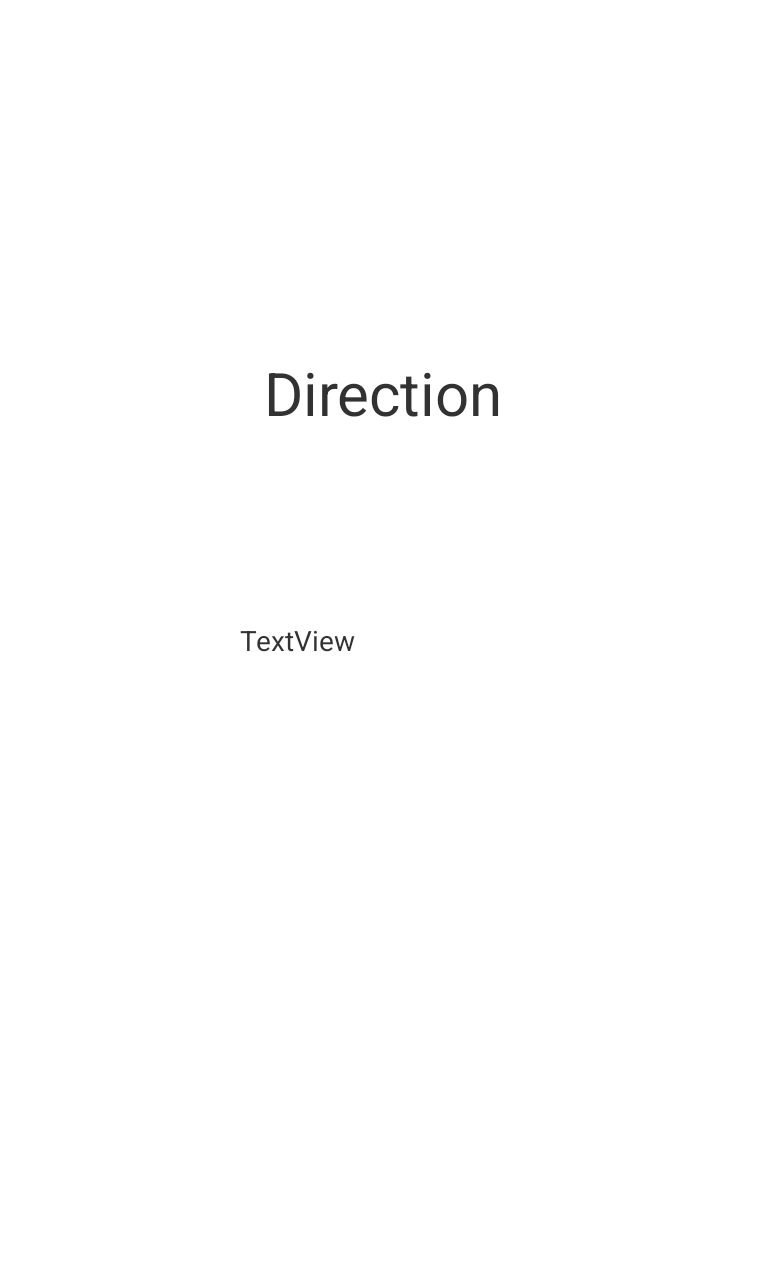
Repository: alokranjan04/ewireless5_practical
Layout: compass/res/layout/activity_main.xml
These files come from the project's save history. The layout is drawn as it stood at one moment and after the next save; the edit follows.
It is drawn on a 768 x 1280 px phone screen (xhdpi) without system bars, with theme AppTheme; the app's code is not run.

Above is the layout before, as saved 2014-02-26 11:03:53.

After the next save:
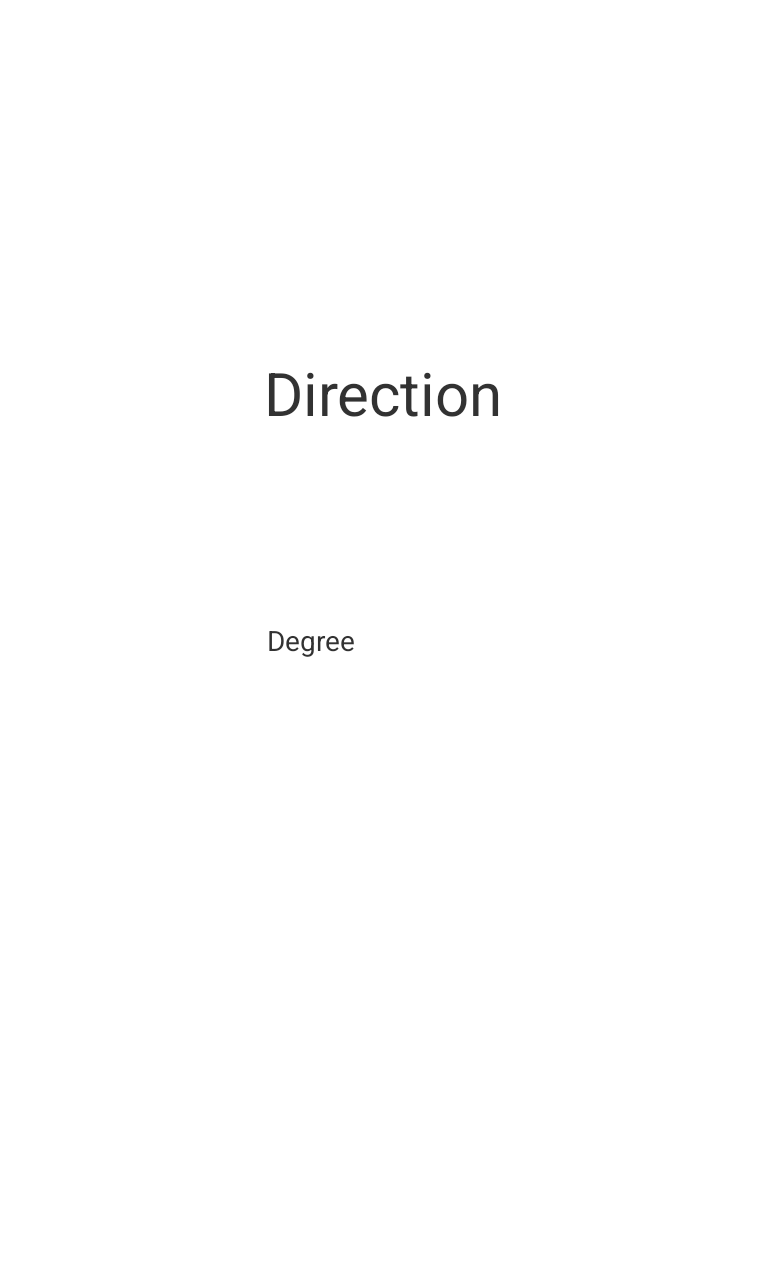
Saved 5 s later.
--- a/compass/res/layout/activity_main.xml
+++ b/compass/res/layout/activity_main.xml
@@ -25,6 +25,30 @@
         android:layout_alignRight="@+id/tvDirection"
         android:layout_centerVertical="true"
         android:layout_marginRight="74dp"
-        android:text="TextView" />
+        android:text="@string/degree" />
+
+    <TextView
+        android:id="@+id/Xaxis"
+        android:layout_width="fill_parent"
+        android:layout_height="wrap_content"
+        android:textSize="15pt" />
+
+    <TextView
+        android:id="@+id/Yaxis"
+        android:layout_width="fill_parent"
+        android:layout_height="wrap_content"
+        android:textSize="15pt" />
+
+    <TextView
+        android:id="@+id/Zaxis"
+        android:layout_width="fill_parent"
+        android:layout_height="wrap_content"
+        android:textSize="15pt" />
+
+    <TextView
+        android:id="@+id/magnetic_field"
+        android:layout_width="fill_parent"
+        android:layout_height="wrap_content"
+        android:textSize="15pt" />
 
 </RelativeLayout>
